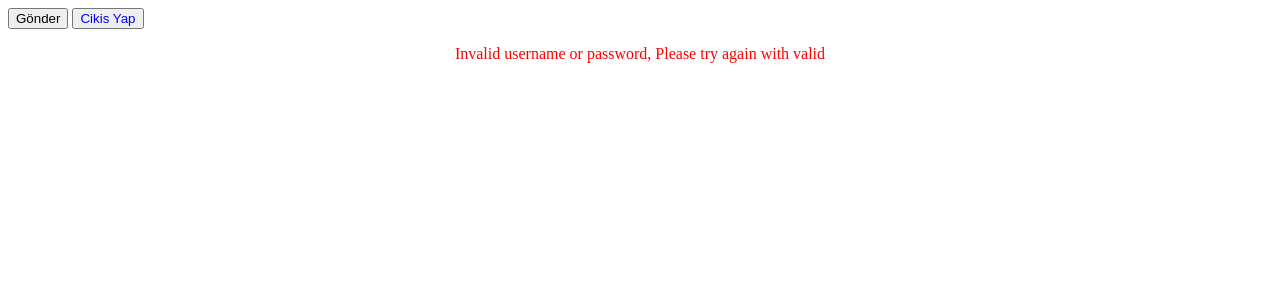
Repository: Berilinanir/Login-Logout-System
Page: Loginn/WebContent/error.html
An editor plug-in stored every save of this project. The page is shown before and after the next save, followed by the edit.
The browser window is 1280 px wide. The pictures show the whole page.

Above is the page before, as saved 2018-10-14 09:08:53.

After the next save:
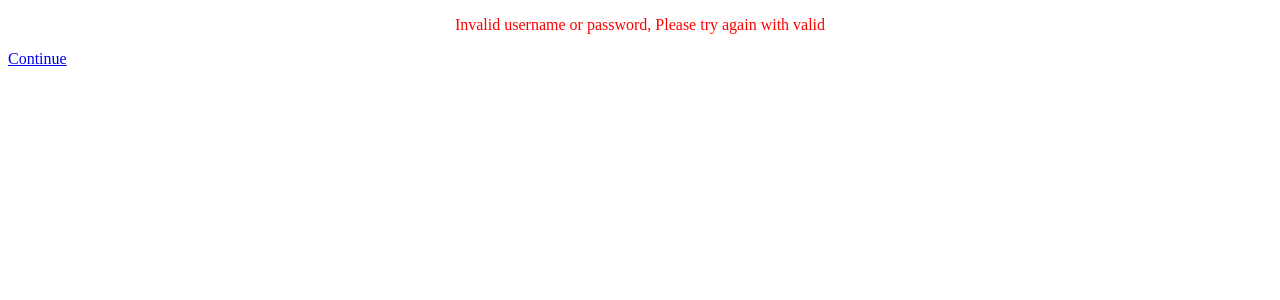
Saved 3 min 37 s later.
--- a/Loginn/WebContent/error.html
+++ b/Loginn/WebContent/error.html
@@ -10,12 +10,11 @@
 </head>
 <body>
 
-<input type="button" value="Gönder" name="buton1" title="Düğmeye bas" onclick="parent.location='login.html'"/>
-<input type="button" onClick="location.href='login.html'" value='Cikis Yap' class="btn" style="color:blue" >
+
 
 <p style="color:red" align="center"  >Invalid username or password, Please try again with valid </p>
 
-
+<a href="/link/to/login.html">Continue</a>
 
 
 
